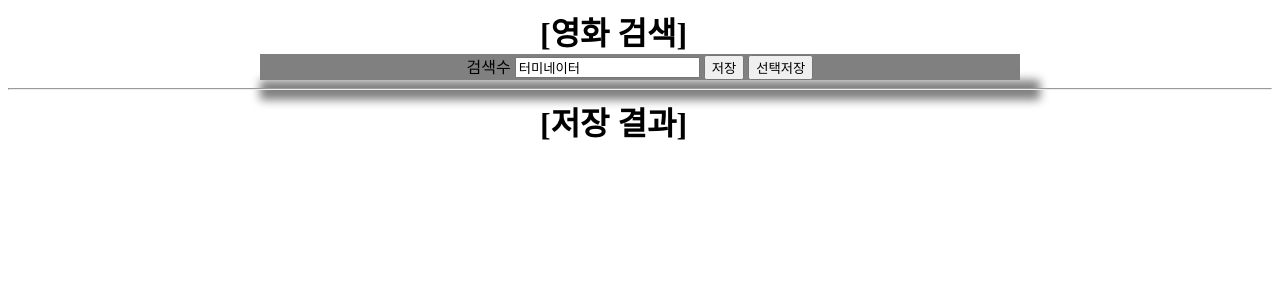
Repository: odasd/Ark-html
Page: 20200422/ex20200422/WebContent/ex03.html
The author's editor kept a copy of each file at every save. The page is drawn from the files as they stood at one save, then again after the next save.
The browser window is 1280 px wide. The pictures show the whole page.
Some web libraries are served in a nearby version.

Above is the page before, as saved 2020-04-22 07:44:27.

### 20200422/ex20200422/WebContent/ex03.html
<!DOCTYPE html>
<html>
<head>
	<meta charset="UTF-8">
	<title>[영화검색]</title>
	<script src="http://code.jquery.com/jquery-1.9.1.js"></script>
    <script src="https://cdnjs.cloudflare.com/ajax/libs/handlebars.js/3.0.1/handlebars.js"></script>
	<style>
		.title{width:300px;text-overflow:ellipsis;white-space:nowrap;overflow:hidden;}
   .actor{width:200px;text-overflow:ellipsis;white-space:nowrap;overflow:hidden;}
   #tbl{width:760px; background:#A9FFFF;padding:5px; margin:auto;
            overflow:hidden;border-collapse:collapse;
            box-shadow:10px 10px 10px 10px gray;border-radius:10px 10px 10px; margin:auto;}
   h1{width:200px; margin:auto;}
   #search{width:760px; margin:auto;}
    .header{width:760px; margin:auto; font-size:25px; text-align:center;

          background:#6799FF; color:white;}
   tr td{border:2px solid #D4F4FA; margin:auto;}
   tr:hover{background:#DF4D4D; color:white;}
   #search{margin:auto;float:center; margin:auto; float:center; text-align:center; background:gray;}
   #header{background:black; color:gray; margin:auto;}
	</style>
</head>
<body>
	<h1>[영화 검색]</h1>
	<div id="search">
		검색수 <span id="total"></span>
		<input type="text" id=txtSearch value="터미네이터">
		<input type="button" id="btnSearch" value="저장">
		<input type="button" id="btnSave" value="선택저장">
	</div>
	<table id="tbl"></table>
	<script id="temp" type="text/x-handlebars-template">
			<tr id=header>
				<td><input type="checkbox" id=chkAll></td>
				<th>제목</th>
				<th>주연배우</th>
				<th>저장</th>
			</tr>
		{{#each items}}

			<tr class=row>
				<td><input type="checkbox" class=chk></td>
				<td><div class=title>{{{title}}}</div></td>
				<td><div class=actor>{{{actor}}}</div></td>
				<td><button>저장</button></td>
			</tr>
		{{/each}}
	</script>
	<hr>
	<h1>[저장 결과]</h1>
	<table id="tbl1"></table>
	<script id="temp1" type="text/x-handlebars-template">
			<tr id=header>
				<td><input type="checkbox" id=chkDel></td>
				<th>제목</th>
				<th>주연배우</th>
				<th>저장</th>
			</tr>
		{{#each .}}

			<tr class=row>
				<td><input type="checkbox" class=chk></td>
				<td><div class=title>{{{title}}}</div></td>
				<td><div class=actor>{{{actor}}}</div></td>
				<td><button>삭제</button></td>
			</tr>
		{{/each}}
	</script>
</body>
<script>
	var display=10;
	var start=1;
	getlist();
	getmovie();

	function getmovie(){
		$.ajax({
			type:"get",
			url:"list.jsp",
			dataType:"json",
			success:function(data){
				var temp = Handlebars.compile($("#temp1").html());
	            $("#tbl1").html(temp(data));
			}
		});
	}



	$("#tbl").on("click", ".row button", function(){
		if(confirm("저장하시겠습니까?")==false) return;
		var row=$(this).parent().parent();
		var title=row.find(".title").text();
		var actor=row.find(".actor").text();
		$.ajax({
			type:"post",
			url:"insert.jsp",
			data:{"title":title, "actor":actor},
			success:function(){
				alert("저장되었습니다~!!!");
				getmovie();
			},
			error:function(){
				alert("저장되지 않았습니다.");
			}
		});
	});
	$("#btnSearch").on("click", function(){
		getlist();
	});

	$("#txtSearch").keydown(function(key){
		if(key.keyCode==13){
		getlist();
	}
	});

	function getlist(){

		var query=$("#txtSearch").val();

		$.ajax({
			type:"get",
			url:"movie.jsp",
			data:{"query": query, "display" : display, "start": start},
			dataType:"json",
			success:function(data){
			var temp = Handlebars.compile($("#temp").html());
            $("#tbl").html(temp(data));
			}
		});
	}
</script>
</html>

After the next save:
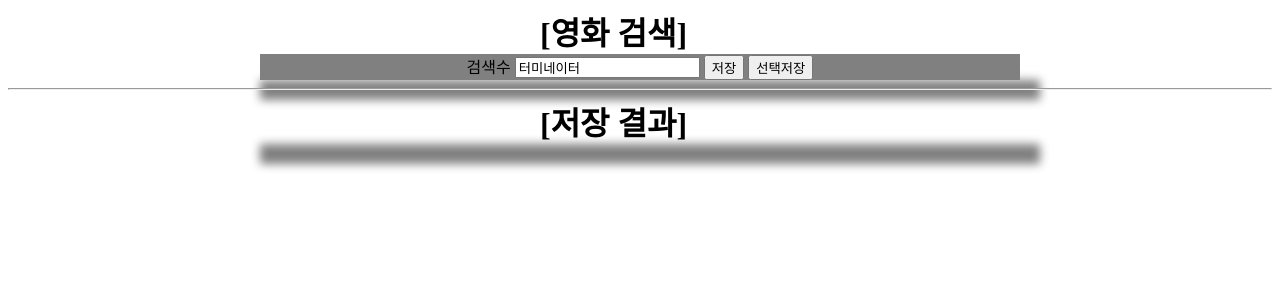
Saved 13 s later.
--- a/20200422/ex20200422/WebContent/ex03.html
+++ b/20200422/ex20200422/WebContent/ex03.html
@@ -20,6 +20,9 @@
    tr:hover{background:#DF4D4D; color:white;}
    #search{margin:auto;float:center; margin:auto; float:center; text-align:center; background:gray;}
    #header{background:black; color:gray; margin:auto;}
+   #tbl1{width:760px; background:#A9FFFF;padding:5px; margin:auto;
+            overflow:hidden;border-collapse:collapse;
+            box-shadow:10px 10px 10px 10px gray;border-radius:10px 10px 10px; margin:auto;}
 	</style>
 </head>
 <body>
